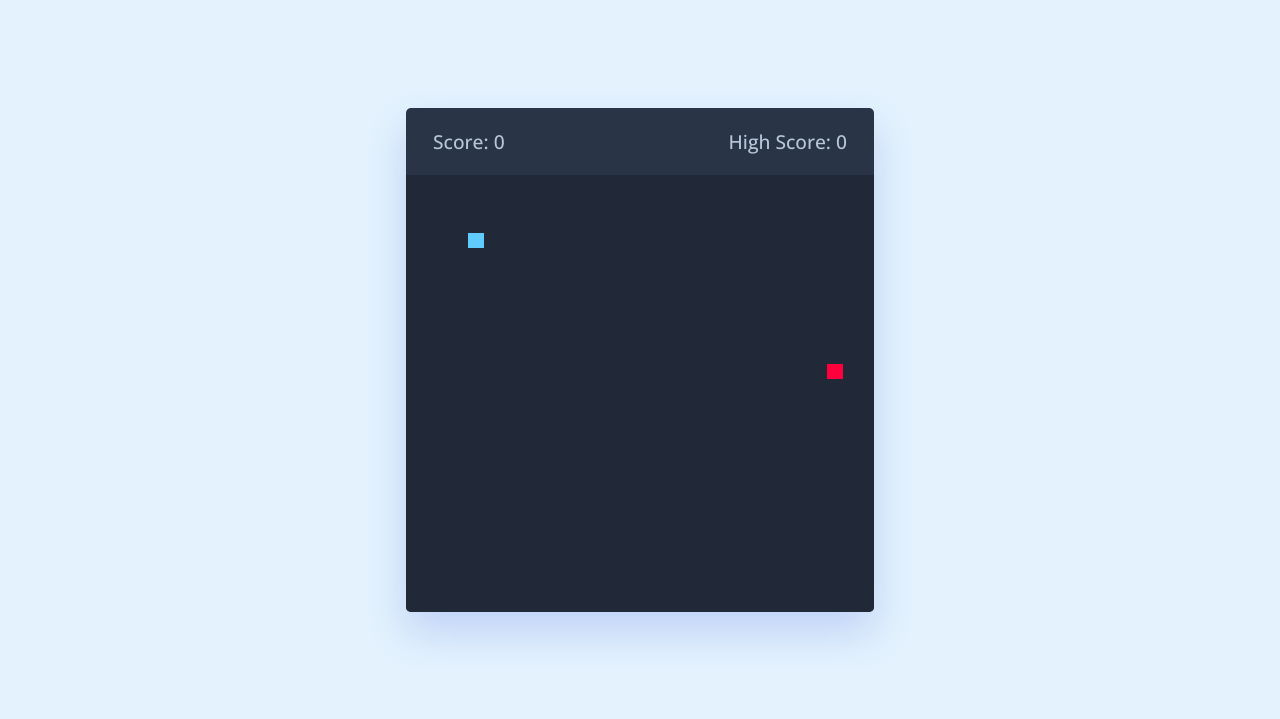
Repository: BinaryVortex/Snake-Game-React
Page: /
An editor plug-in stored every save of this project. The page is shown before and after the next save, followed by the edit.
The browser window is 1280 px wide. The pictures show the whole page.
The project was rebuilt for these pictures with package versions that can differ from the ones it lists, and the page was loaded fresh each time.

Above is the page before, as saved 2025-08-12 09:03:10.

### src/index.js
import React from 'react'
import ReactDOM from 'react-dom/client'
import App from './App'
import '@fortawesome/fontawesome-free/css/all.min.css'

const root = ReactDOM.createRoot(document.getElementById('root'))
root.render(
  <React.StrictMode>
    <App />
  </React.StrictMode>
)

### src/App.js
import React from 'react'
import SnakeGame from './SnakeGame'

function App() {
  return (
    <div>
      <SnakeGame />
    </div>
  )
}

export default App

### src/SnakeGame.js
import React, { useEffect, useRef, useState } from 'react'
import './SnakeGame.sass'

const BOARD_SIZE = 30

const getRandomPosition = () => ({
  x: Math.floor(Math.random() * BOARD_SIZE) + 1,
  y: Math.floor(Math.random() * BOARD_SIZE) + 1,
})

const SnakeGame = () => {
  const [food, setFood] = useState(getRandomPosition())
  const [snake, setSnake] = useState([{ x: 5, y: 5 }])
  const [direction, setDirection] = useState({ x: 0, y: 0 })
  const [score, setScore] = useState(0)
  const [highScore, setHighScore] = useState(
    Number(localStorage.getItem('high-score')) || 0
  )
  const [gameOver, setGameOver] = useState(false)
  const intervalRef = useRef(null)

  // Controls
  const changeDirection = (key) => {
    if (key === 'ArrowUp' && direction.y !== 1) setDirection({ x: 0, y: -1 })
    else if (key === 'ArrowDown' && direction.y !== -1) setDirection({ x: 0, y: 1 })
    else if (key === 'ArrowLeft' && direction.x !== 1) setDirection({ x: -1, y: 0 })
    else if (key === 'ArrowRight' && direction.x !== -1) setDirection({ x: 1, y: 0 })
  }

  useEffect(() => {
    const handleKeyUp = (e) => changeDirection(e.key)
    window.addEventListener('keyup', handleKeyUp)
    return () => window.removeEventListener('keyup', handleKeyUp)
  })

  const controlKeys = ['ArrowLeft', 'ArrowUp', 'ArrowRight', 'ArrowDown']

  useEffect(() => {
    if (gameOver) {
      clearInterval(intervalRef.current)
      setTimeout(() => {
        alert('Game Over! Press OK to replay...')
        window.location.reload()
      }, 50)
      return
    }

    intervalRef.current = setInterval(() => {
      setSnake((prevSnake) => {
        const head = { ...prevSnake[0] }
        head.x += direction.x
        head.y += direction.y

        if (
          head.x <= 0 ||
          head.x > BOARD_SIZE ||
          head.y <= 0 ||
          head.y > BOARD_SIZE ||
          prevSnake.some((segment, i) => i !== 0 && segment.x === head.x && segment.y === head.y)
        ) {
          setGameOver(true)
          return prevSnake
        }

        let newSnake = [head, ...prevSnake.slice(0, -1)]

        if (head.x === food.x && head.y === food.y) {
          setFood(getRandomPosition())
          newSnake = [head, ...prevSnake]
          setScore((s) => {
            const nextScore = s + 1
            if (nextScore > highScore) {
              setHighScore(nextScore)
              localStorage.setItem('high-score', nextScore)
            }
            return nextScore
          })
        }

        return newSnake
      })
    }, 100)

    return () => clearInterval(intervalRef.current)
  }, [direction, food, gameOver, highScore])

  useEffect(() => {
    setDirection({ x: 0, y: 0 })
  }, [])

  const cells = []
  cells.push(
    <div
      key="food"
      className="food"
      style={{ gridArea: `${food.y} / ${food.x}` }}
    />
  )
  snake.forEach((segment, i) => {
    cells.push(
      <div
        key={`snake-${i}`}
        className="head"
        style={{ gridArea: `${segment.y} / ${segment.x}` }}
      />
    )
  })

  return (
    <div className="wrapper">
      <div className="game-details">
        <span className="score">Score: {score}</span>
        <span className="high-score">High Score: {highScore}</span>
      </div>
      <div className="play-board">{cells}</div>
      <div className="controls">
        {controlKeys.map((key) => (
          <i
            key={key}
            data-key={key}
            className={`fa-solid fa-arrow-${key
              .replace('Arrow', '')
              .toLowerCase()}-long`}
            onClick={() => changeDirection(key)}
          />
        ))}
      </div>
    </div>
  )
}

export default SnakeGame

### src/SnakeGame.sass
@import url('https://fonts.googleapis.com/css2?family=Open+Sans:wght@300;400;500;600;700&display=swap')

*
  margin: 0
  padding: 0
  box-sizing: border-box
  font-family: 'Open Sans', sans-serif

body
  display: flex
  align-items: center
  justify-content: center
  min-height: 100vh
  background: #e3f2fd

.wrapper
  width: 65vmin
  height: 70vmin
  display: flex
  overflow: hidden
  flex-direction: column
  justify-content: center
  background: #293447
  border-radius: 5px
  box-shadow: 0 20px 40px rgba(52, 87, 220, 0.2)

.game-details
  color: #b8c6dc
  font-weight: 500
  font-size: 1.2rem
  padding: 20px 27px
  display: flex
  justify-content: space-between

.play-board
  height: 100%
  width: 100%
  display: grid
  background: #212837
  grid-template: repeat(30, 1fr) / repeat(30, 1fr)
  .food
    background: #ff003d
  .head
    background: #60cbff

.controls
  display: none
  justify-content: space-between
  i
    padding: 25px 0
    text-align: center
    font-size: 1.3rem
    color: #b8c6dc
    width: calc(100% / 4)
    cursor: pointer
    border-right: 1px solid #171b26

@media screen and (max-width: 800px)
  .wrapper
    width: 90vmin
    height: 115vmin

  .game-details
    font-size: 1rem
    padding: 15px 27px

  .controls
    display: flex
    i
      padding: 15px 0
      font-size: 1rem

Loaded but not shown: public/index.html (common file)

After the next save:
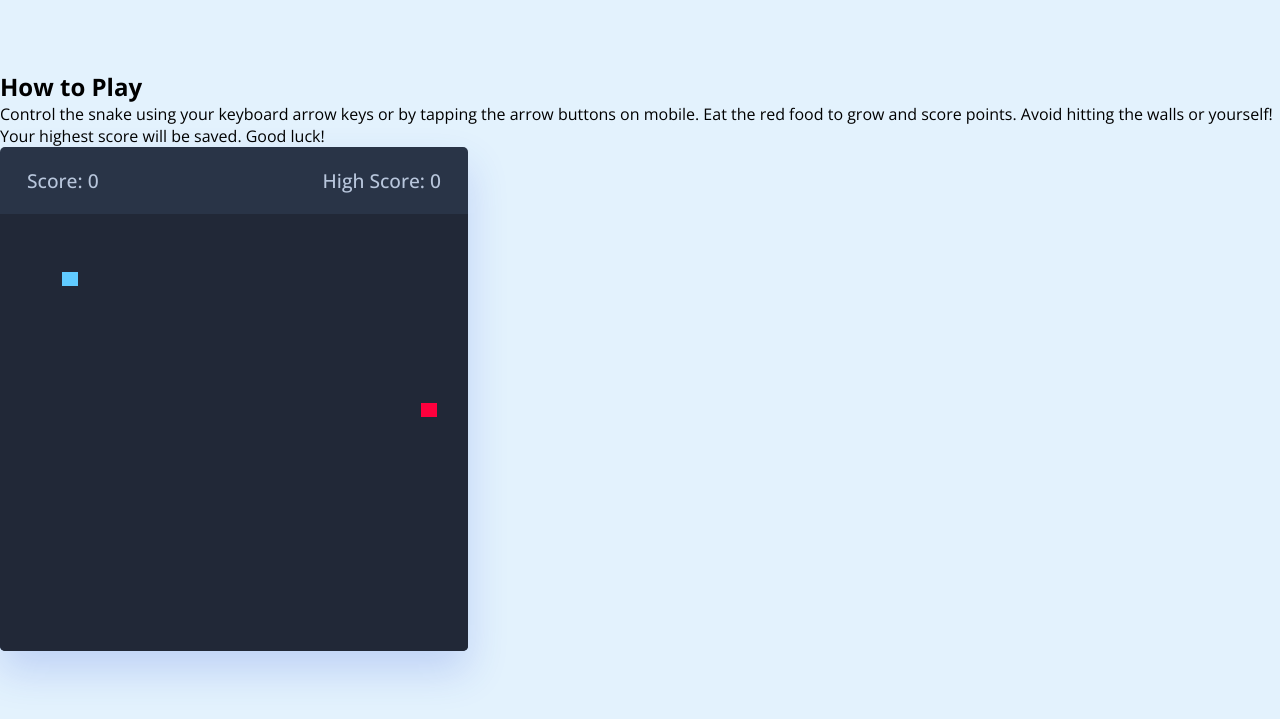
Saved 9 min 32 s later.
--- a/src/SnakeGame.js
+++ b/src/SnakeGame.js
@@ -107,23 +107,33 @@ const SnakeGame = () => {
   })
 
   return (
-    <div className="wrapper">
-      <div className="game-details">
-        <span className="score">Score: {score}</span>
-        <span className="high-score">High Score: {highScore}</span>
+    <div>
+      <div className="how-to-play">
+        <h2>How to Play</h2>
+        <p>
+          Control the snake using your keyboard arrow keys or by tapping the arrow buttons on mobile.
+          Eat the red food to grow and score points. Avoid hitting the walls or yourself!
+          Your highest score will be saved. Good luck!
+        </p>
       </div>
-      <div className="play-board">{cells}</div>
-      <div className="controls">
-        {controlKeys.map((key) => (
-          <i
-            key={key}
-            data-key={key}
-            className={`fa-solid fa-arrow-${key
-              .replace('Arrow', '')
-              .toLowerCase()}-long`}
-            onClick={() => changeDirection(key)}
-          />
-        ))}
+      <div className="wrapper">
+        <div className="game-details">
+          <span className="score">Score: {score}</span>
+          <span className="high-score">High Score: {highScore}</span>
+        </div>
+        <div className="play-board">{cells}</div>
+        <div className="controls">
+          {controlKeys.map((key) => (
+            <i
+              key={key}
+              data-key={key}
+              className={`fa-solid fa-arrow-${key
+                .replace('Arrow', '')
+                .toLowerCase()}-long`}
+              onClick={() => changeDirection(key)}
+            />
+          ))}
+        </div>
       </div>
     </div>
   )
